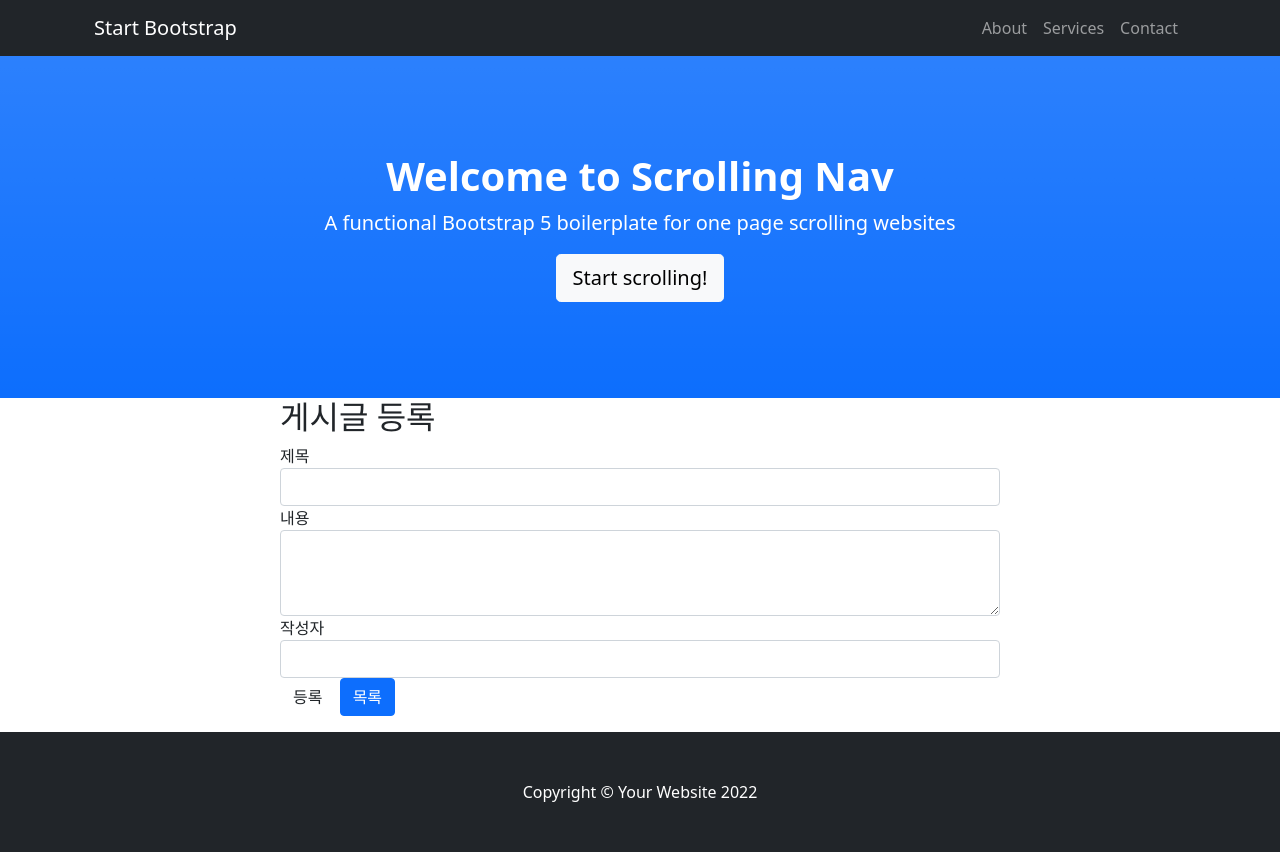
Repository: rlarmsdn2999/SpringWebProject
Page: http://localhost/myboard/WEB-INF/views/board/register.jsp
An editor plug-in stored every save of this project. The page is shown before and after the next save, followed by the edit.
The browser window is 1280 px wide. The pictures show the whole page.
The page is served by Tomcat 9. Nobody is signed in. Other server files are loaded and not shown. The template is opened directly, without the code that normally fills it, so the values that code supplies are empty.

Above is the page before, as saved 2022-12-25 12:47:36.
Console error: TypeError: Cannot read properties of null (reading 'classList')

### myboard/myboard/src/main/webapp/WEB-INF/views/board/register.jsp
<%@ page language="java" contentType="text/html; charset=UTF-8"
	pageEncoding="UTF-8"%>
<%@ taglib uri="http://java.sun.com/jsp/jstl/core" prefix="c"%>
<%@ taglib uri="http://java.sun.com/jsp/jstl/fmt" prefix="fmt"%>
<!DOCTYPE html>
<html lang="en">
<head>
<meta charset="utf-8" />
<meta name="viewport"
	content="width=device-width, initial-scale=1, shrink-to-fit=no" />
<meta name="description" content="" />
<meta name="author" content="" />
<title>Scrolling Nav - Start Bootstrap Template</title>
<link rel="icon" type="image/x-icon"
	href="/resources/assets/favicon.ico" />
<!-- Core theme CSS (includes Bootstrap)-->
<link href="/resources/css/styles.css" rel="stylesheet" />
</head>
<body id="page-top">
<script src="https://ajax.googleapis.com/ajax/libs/jquery/1.12.4/jquery.min.js"></script>
	<!-- Navigation-->
	<nav class="navbar navbar-expand-lg navbar-dark bg-dark fixed-top"
		id="mainNav">
		<div class="container px-4">
			<a class="navbar-brand" href="#page-top">Start Bootstrap</a>
			<button class="navbar-toggler" type="button"
				data-bs-toggle="collapse" data-bs-target="#navbarResponsive"
				aria-controls="navbarResponsive" aria-expanded="false"
				aria-label="Toggle navigation">
				<span class="navbar-toggler-icon"></span>
			</button>
			<div class="collapse navbar-collapse" id="navbarResponsive">
				<ul class="navbar-nav ms-auto">
					<li class="nav-item"><a class="nav-link" href="#about">About</a></li>
					<li class="nav-item"><a class="nav-link" href="#services">Services</a></li>
					<li class="nav-item"><a class="nav-link" href="#contact">Contact</a></li>
				</ul>
			</div>
		</div>
	</nav>
	<!-- Header-->
	<header class="bg-primary bg-gradient text-white">
		<div class="container px-4 text-center">
			<h1 class="fw-bolder">Welcome to Scrolling Nav</h1>
			<p class="lead">A functional Bootstrap 5 boilerplate for one page
				scrolling websites</p>
			<a class="btn btn-lg btn-light" href="#about">Start scrolling!</a>
		</div>
	</header>
	<!-- About section-->
	<div class="container px-4">
		<div class="row gx-4 justify-content-center">
			<div class="col-lg-8">
				<h2>게시글 등록</h2>
				<table class="table table-hover">
					<div class="panel-body">
						<form role="form" action="/board/register" method="post">
							<div class="form-group">
								<label>제목</label><input class="form-control" name="title">
							</div>
							<div class="form-group">
								<label>내용</label>
								<textarea class="form-control" rows="3" name='content'></textarea>
							</div>
							<div class="form-group">
								<label>작성자</label><input class="form-control" name="writer">
							</div>
							<button type="submit" class="btn btn-default" id="btnSave">등록</button>
							<button type="list" class="btn btn-primary">목록</button>
						</form>
					</div>
				</table>
			</div>
		</div>
	</div>
	<!-- Footer-->
	<footer class="py-5 bg-dark">
		<div class="container px-4">
			<p class="m-0 text-center text-white">Copyright &copy; Your
				Website 2022</p>
		</div>
	</footer>
	<!-- Bootstrap core JS-->
	<script
		src="https://cdn.jsdelivr.net/npm/bootstrap@5.1.3/dist/js/bootstrap.bundle.min.js"></script>
	<!-- Core theme JS-->
	<script src="/resources/js/scripts.js"></script>

<script type="text/javascript">
$(document).on('click', '#btnSave', function(e){
	$("#form").submit();
});
</script>
</body>
</html>

### myboard/myboard/src/main/webapp/resources/js/scripts.js
/*!
* Start Bootstrap - Scrolling Nav v5.0.5 (https://startbootstrap.com/template/scrolling-nav)
* Copyright 2013-2022 Start Bootstrap
* Licensed under MIT (https://github.com/StartBootstrap/startbootstrap-scrolling-nav/blob/master/LICENSE)
*/
//
// Scripts
//

window.addEventListener('DOMContentLoaded', event => {

    // Activate Bootstrap scrollspy on the main nav element
    const mainNav = document.body.querySelector('#mainNav');
    if (mainNav) {
        new bootstrap.ScrollSpy(document.body, {
            target: '#mainNav',
            offset: 74,
        });
    };

    // Collapse responsive navbar when toggler is visible
    const navbarToggler = document.body.querySelector('.navbar-toggler');
    const responsiveNavItems = [].slice.call(
        document.querySelectorAll('#navbarResponsive .nav-link')
    );
    responsiveNavItems.map(function (responsiveNavItem) {
        responsiveNavItem.addEventListener('click', () => {
            if (window.getComputedStyle(navbarToggler).display !== 'none') {
                navbarToggler.click();
            }
        });
    });

});

Loaded but not shown: myboard/myboard/src/main/webapp/resources/css/styles.css (library)

After the next save:
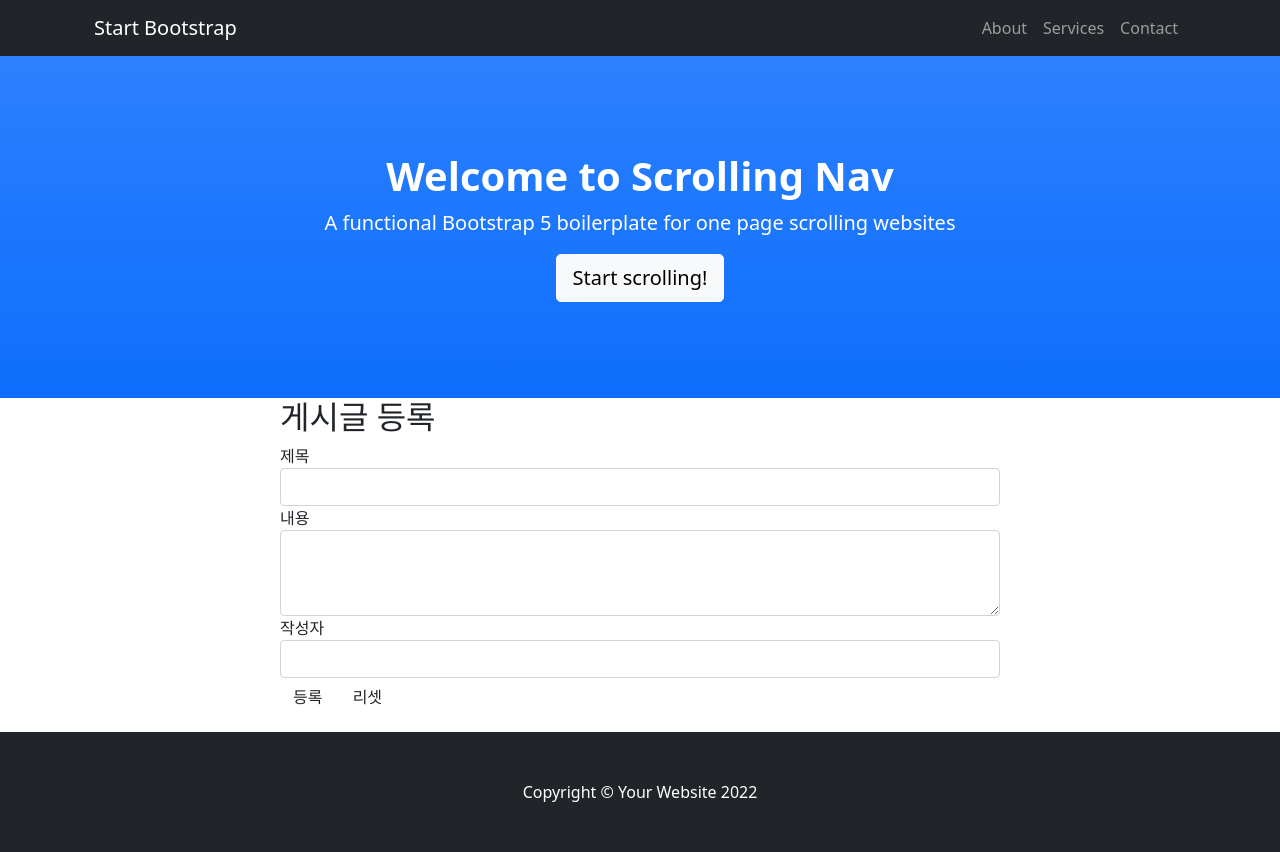
Saved 57 s later.
--- a/myboard/myboard/src/main/webapp/WEB-INF/views/board/register.jsp
+++ b/myboard/myboard/src/main/webapp/WEB-INF/views/board/register.jsp
@@ -66,7 +66,7 @@
 								<label>작성자</label><input class="form-control" name="writer">
 							</div>
 							<button type="submit" class="btn btn-default" id="btnSave">등록</button>
-							<button type="list" class="btn btn-primary">목록</button>
+							<button type="reset" class="btn btn-default">리셋</button>
 						</form>
 					</div>
 				</table>
